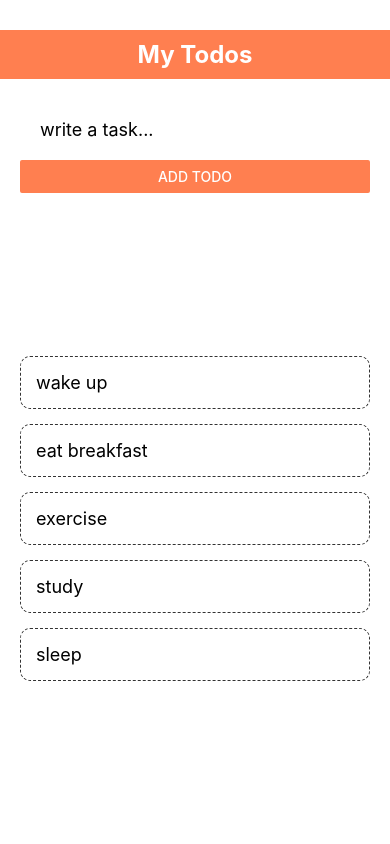
Repository: shiv0403/React-native-tutorial
Screen: /
The author's editor kept a copy of each file at every save. The screen is drawn from the files as they stood at one save, then again after the next save.
The app was drawn by React Native's web renderer in a window 390 px wide. The project was rebuilt for these pictures with package versions that can differ from the ones it lists, and the page was loaded fresh each time. Also part of the build but not shown: components/Flex.js.

Above is the screen before, as saved 2021-02-11 14:47:11.

After the next save:
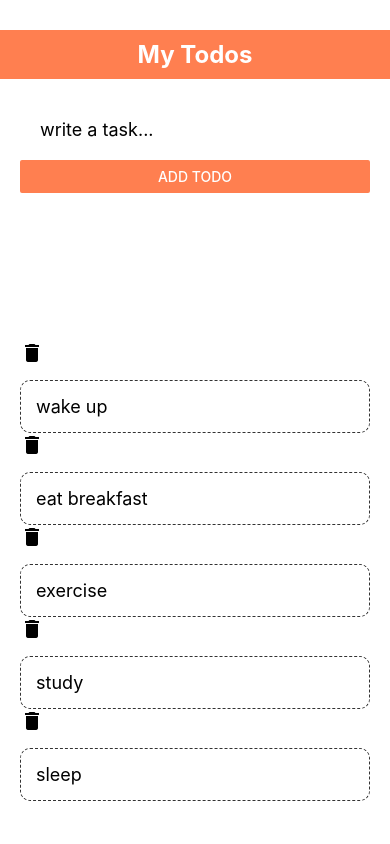
Saved 11 min 1 s later.
--- a/components/TodoItem.js
+++ b/components/TodoItem.js
@@ -1,10 +1,14 @@
 import React from "react";
 import { StyleSheet, Text, TouchableOpacity, View } from "react-native";
+import { MaterialIcons } from "@expo/vector-icons";
 
 export default function TodoItem({ item, handleDelete }) {
   return (
     <TouchableOpacity onPress={() => handleDelete(item.key)}>
-      <Text style={styles.item}>{item.text}</Text>
+      <View>
+        <MaterialIcons name="delete" size={24} color="black" />
+        <Text style={styles.item}>{item.text}</Text>
+      </View>
     </TouchableOpacity>
   );
 }
